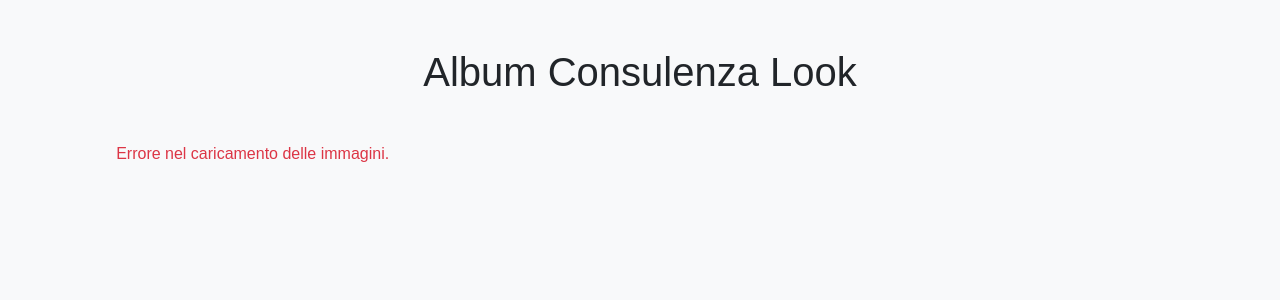
Repository: Probyte5D/Armocromia-website
Page: album.html
These files come from the project's save history. The page is drawn as it stood at one moment and after the next save; the edit follows.
The browser window is 1280 px wide. The pictures show the whole page.
The page's requests for data from a server got no answer.

Above is the page before, as saved 2025-04-18 21:44:41.

### album.html
<!DOCTYPE html>
<html lang="it">
<head>
  <meta charset="UTF-8">
  <meta name="viewport" content="width=device-width, initial-scale=1.0">
  <title>Album Consulenza Look</title>
  <link href="https://cdn.jsdelivr.net/npm/bootstrap@5.1.0/dist/css/bootstrap.min.css" rel="stylesheet">
  <!-- Link al CSS personalizzato -->
  <link rel="stylesheet" href="album.css" />
</head>
<body>
  <div class="container py-5">
    <h1 class="text-center mb-4">Album Consulenza Look</h1>
    <div id="lookAlbum" class="row g-3">
      <!-- Le immagini saranno caricate qui dinamicamente -->
    </div>
  </div>

  <!-- Caricamento dei file JS di Bootstrap e il tuo JS personalizzato -->
  <script src="https://cdn.jsdelivr.net/npm/bootstrap@5.1.0/dist/js/bootstrap.bundle.min.js"></script>
  <script src="album.js"></script>
</body>
</html>

### album.css
/* Impostiamo il background e font di base */
body {
  background-color: #f8f9fa;
  font-family: 'Arial', sans-serif;
}

/* Layout per il contenitore delle immagini */
#lookAlbum {
  display: grid;
  grid-template-columns: repeat(auto-fill, minmax(350px, 1fr)); /* Aumentato a 350px per ogni immagine */
  gap: 30px;  /* Spazio maggiore tra le immagini */
  margin-top: 30px;
}

/* Card immagine, posizione relativa per caption */
.album-item {
  position: relative;
  overflow: hidden;
  border-radius: 10px;
  box-shadow: 0 4px 15px rgba(0, 0, 0, 0.1);
  background-color: white;
  height: 400px;  /* Aumentato l'altezza per immagini più grandi */
  width: 300px;
}

/* Immagini più grandi con altezza automatica per mantenere il rapporto */
.album-item img {
  width: 100%;
  height: 100%;
  object-fit: cover;  /* Assicura che l'immagine riempi il contenitore senza distorsioni */
  object-position: center;  /* Centra l'immagine se è più grande del contenitore */
  transition: transform 0.3s ease-in-out;
}

/* Effetto hover per ingrandire l'immagine */
.album-item:hover img {
  transform: scale(1.1); /* Ingrandisce l'immagine al passaggio del mouse */
}

/* Caption sovrapposta sopra l'immagine */
.album-item .caption {
  position: absolute;
  bottom: 0;
  left: 0;
  right: 0;
  padding: 15px;
  background: rgba(0, 0, 0, 0.5);
  color: white;
  text-align: center;
  font-size: 1.2rem;
  font-weight: bold;
}

/* Responsività per schermi più piccoli */
@media (max-width: 768px) {
  #lookAlbum {
    grid-template-columns: 1fr 1fr;  /* 2 immagini per riga su schermi medi */
  }
}

@media (max-width: 480px) {
  #lookAlbum {
    grid-template-columns: 1fr;  /* 1 immagine per riga su schermi piccoli */
  }
}

### album.js

    const API_KEY = '1J5XZG6HEjef4TKrOiBtmHWoMJVdLRUIxplL9GJzFHBeI64zgRPny53m';
    const query = 'fashion look';  // Modifica la query per altre immagini

    // Carica le immagini
    fetch(`https://api.pexels.com/v1/search?query=${encodeURIComponent(query)}&per_page=51`, {
      headers: { Authorization: API_KEY }
    })
    .then(r => r.json())
    .then(data => {
      const row = document.getElementById('lookAlbum');
      if (data && data.photos) {
        data.photos.forEach(photo => {
          const col = document.createElement('div');
          col.className = 'col-6 col-md-4';
          col.innerHTML = `
            <img src="${photo.src.medium}" class="img-fluid rounded shadow-sm" alt="${photo.photographer}" title="Ph: ${photo.photographer}">
          `;
          row.appendChild(col);
        });
      } else {
        row.innerHTML = '<p class="text-danger text-center">Nessuna immagine trovata per questa ricerca.</p>';
      }
    })
    .catch(err => {
      console.error(err);
      const row = document.getElementById('lookAlbum');
      row.innerHTML = '<p class="text-danger text-center">Errore nel caricamento delle immagini.</p>';
    });

After the next save:
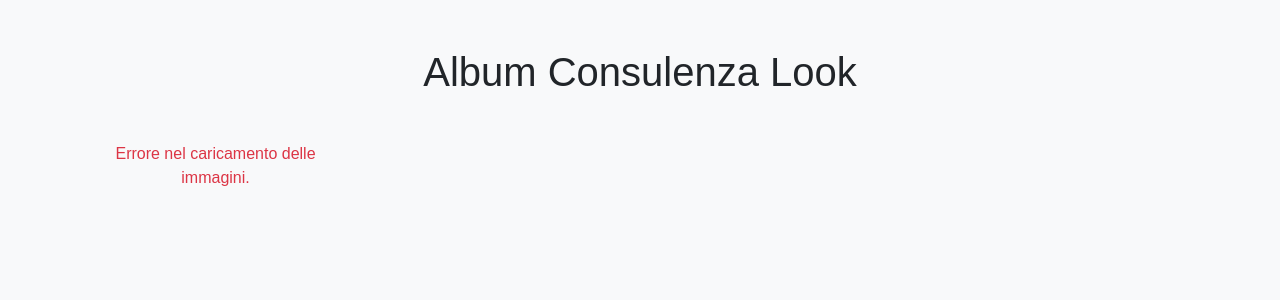
Saved 33 s later.
--- a/album.css
+++ b/album.css
@@ -7,7 +7,7 @@ body {
 /* Layout per il contenitore delle immagini */
 #lookAlbum {
   display: grid;
-  grid-template-columns: repeat(auto-fill, minmax(350px, 1fr)); /* Aumentato a 350px per ogni immagine */
+  grid-template-columns: repeat(4, 1fr); /* 4 immagini per riga */per ogni immagine */
   gap: 30px;  /* Spazio maggiore tra le immagini */
   margin-top: 30px;
 }
